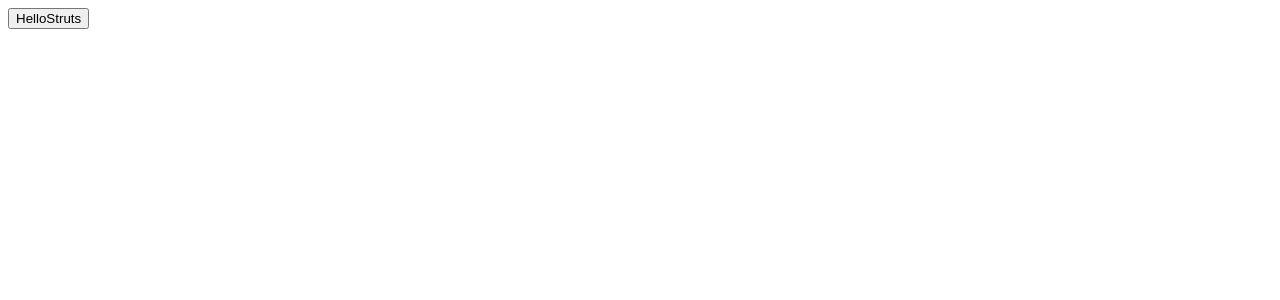
Repository: fujita0830/learning
Page: http://localhost/WebProj/
An editor plug-in stored every save of this project. The page is shown before and after the next save, followed by the edit.
The browser window is 1280 px wide. The pictures show the whole page.
The page is served by Tomcat 9.

Above is the page before, as saved 2018-12-20 07:44:52.

After the next save:
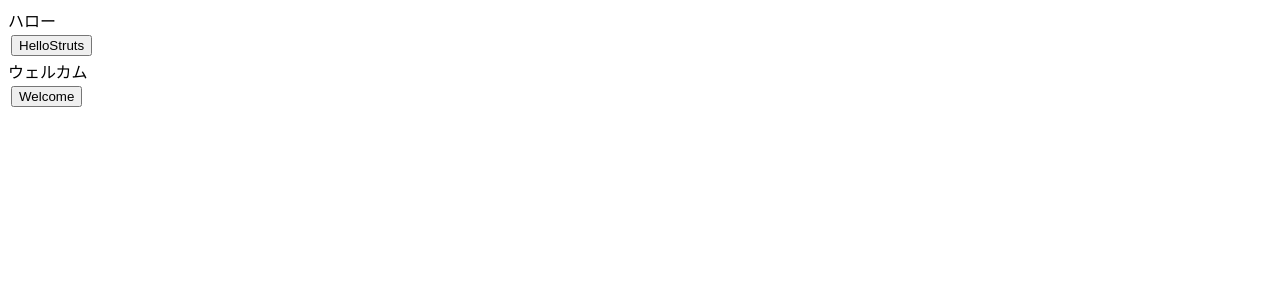
Saved 113 s later.
--- a/WebProj/WebContent/index.jsp
+++ b/WebProj/WebContent/index.jsp
@@ -10,10 +10,14 @@
 </head>
 <body>
 
- <form action="HelloStrutsAction">
-   <input type="submit" value="HelloStruts"/>
- </form>
+ハロー
+ <s:form action="HelloStrutsAction">
+   <s:submit value="HelloStruts"/>
+ </s:form>
 
-
+ ウェルカム
+ <s:form action="WelcomeAction">
+  <s:submit value="Welcome"/>
+ </s:form>
 </body>
 </html>
